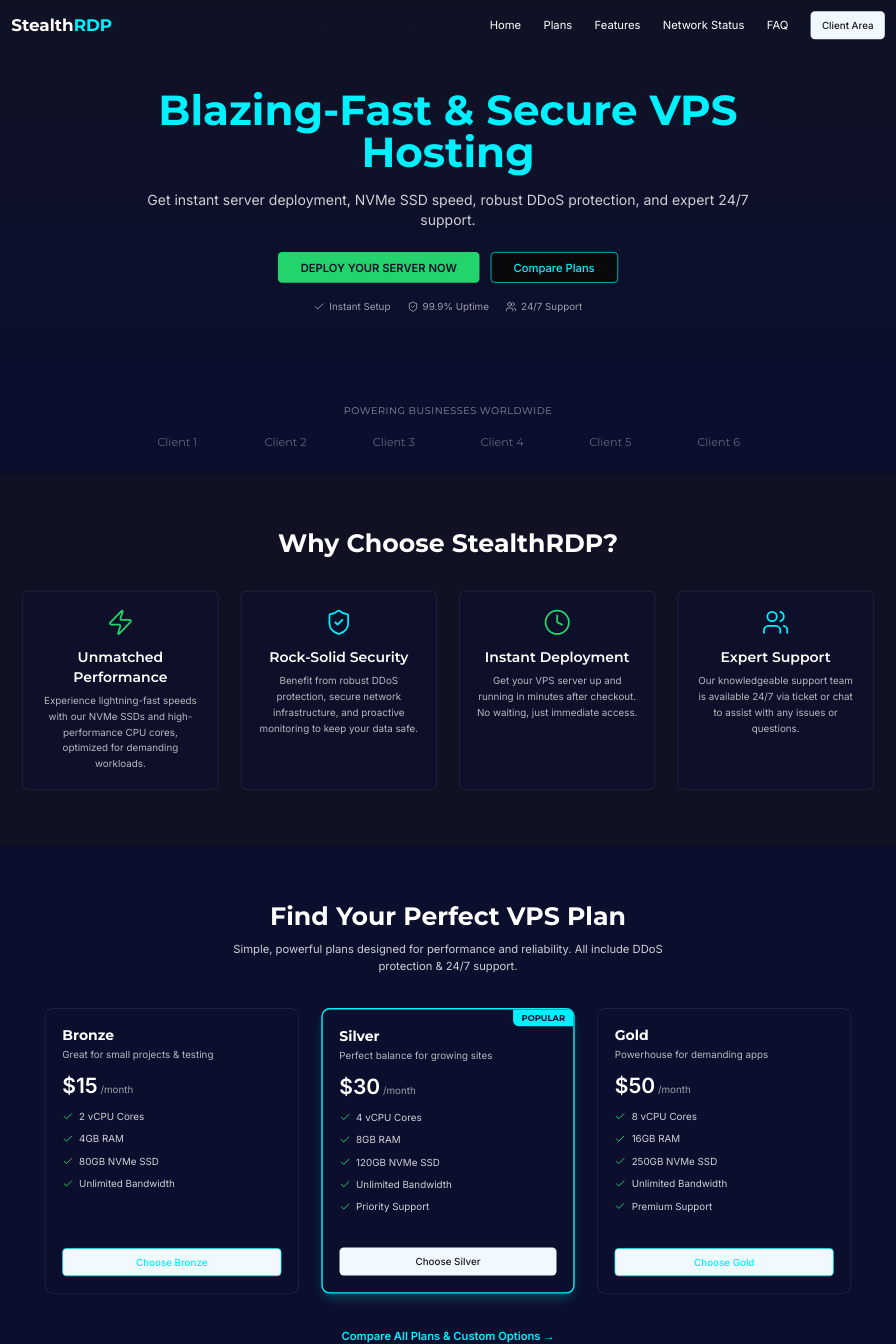
Repository: Husnainn01/stealthrdp2
Page: /
The author's editor kept a copy of each file at every save. The page is drawn from the files as they stood at one save, then again after the next save.
The browser window is 1280 px wide. The pictures show the part of the page from y = 0 to 1920 px (the page is 4176 px tall), at 70% of full size.
The project was rebuilt for these pictures with package versions that can differ from the ones it lists, and the page was loaded fresh each time. Also part of the build but not shown: vite.config.ts, src/components/ui/tooltip.tsx, src/components/ui/accordion.tsx, src/pages/FAQ.tsx, src/components/ui/card.tsx, src/components/ui/tabs.tsx, src/pages/Plans.tsx, src/pages/Features.tsx and 1 more.

Above is the page before, as saved 2025-05-05 23:22:01.

### index.html
<!DOCTYPE html>
<html lang="en">
  <head>
    <meta charset="UTF-8" />
    <meta name="viewport" content="width=device-width, initial-scale=1.0" />
    <title>stealth-digital-revamp</title>
    <meta name="description" content="Lovable Generated Project" />
    <meta name="author" content="Lovable" />

    <meta property="og:title" content="stealth-digital-revamp" />
    <meta property="og:description" content="Lovable Generated Project" />
    <meta property="og:type" content="website" />
    <meta property="og:image" content="https://lovable.dev/opengraph-image-p98pqg.png" />

    <meta name="twitter:card" content="summary_large_image" />
    <meta name="twitter:site" content="@lovable_dev" />
    <meta name="twitter:image" content="https://lovable.dev/opengraph-image-p98pqg.png" />
  </head>

  <body>
    <div id="root"></div>
    <!-- IMPORTANT: DO NOT REMOVE THIS SCRIPT TAG OR THIS VERY COMMENT! -->
    <script src="https://cdn.gpteng.co/gptengineer.js" type="module"></script>
    <script type="module" src="/src/main.tsx"></script>

    <!--Start of Tawk.to Script-->
    <script type="text/javascript">
    var Tawk_API=Tawk_API||{}, Tawk_LoadStart=new Date();
    (function(){
    var s1=document.createElement("script"),s0=document.getElementsByTagName("script")[0];
    s1.async=true;
    s1.src='https://embed.tawk.to/67aadec4825083258e1318e0/1ijpnccj4';
    s1.charset='UTF-8';
    s1.setAttribute('crossorigin','*');
    s0.parentNode.insertBefore(s1,s0);
    })();
    </script>
    <!--End of Tawk.to Script-->
  </body>
</html>

### src/components/ScrollToTop.tsx
import { useEffect } from 'react';
import { useLocation } from 'react-router-dom';

// This component scrolls to the top of the page when the route changes
const ScrollToTop = () => {
  const { pathname } = useLocation();

  useEffect(() => {
    // Scroll to top with smooth behavior
    window.scrollTo({
      top: 0,
      left: 0,
      behavior: 'smooth'
    });
  }, [pathname]);

  return null; // This component doesn't render anything
};

export default ScrollToTop;

### src/pages/Index.tsx
import React from 'react';
import { Link } from 'react-router-dom';
import Layout from '@/components/Layout';
import { Button } from '@/components/ui/button';
import { Check, Zap, ShieldCheck, Clock, Users } from 'lucide-react';

const Index = () => {
  return (
    <Layout>
      {/* 1. Hero Section */}
      <section className="pt-24 pb-16 md:pt-32 md:pb-24 relative overflow-hidden bg-gradient-to-b from-charcoal to-midnight">
        <div className="absolute inset-0 z-0 opacity-30 bg-[radial-gradient(#22D46B1A_1px,transparent_1px)] [background-size:24px_24px]"></div>
        <div className="container relative z-10">
          <div className="max-w-4xl mx-auto text-center">
            <h1 className="text-4xl md:text-5xl lg:text-6xl font-bold font-montserrat mb-6 text-electric fade-in">
              Blazing-Fast & Secure VPS Hosting
            </h1>
            <p className="text-white/80 text-lg md:text-xl mb-8 fade-in" style={{ animationDelay: '0.2s' }}>
              Get instant server deployment, NVMe SSD speed, robust DDoS protection, and expert 24/7 support.
            </p>
            <div className="flex flex-col sm:flex-row justify-center gap-4 mb-6 fade-in" style={{ animationDelay: '0.4s' }}>
              <Button asChild size="lg" className="bg-cyber text-midnight hover:bg-cyber/90 font-bold uppercase text-base px-8 py-3">
                <Link to="/plans">Deploy Your Server Now</Link>
              </Button>
              <Button asChild variant="outline" size="lg" className="border-electric text-electric hover:bg-electric/10 text-base px-8 py-3">
                <Link to="/plans">Compare Plans</Link>
              </Button>
            </div>
            {/* Trust Signals */}
            <div className="flex justify-center items-center gap-4 md:gap-6 text-white/60 text-sm fade-in" style={{ animationDelay: '0.6s' }}>
              <span className="flex items-center gap-1.5"><Check size={16} /> Instant Setup</span>
              <span className="flex items-center gap-1.5"><ShieldCheck size={16} /> 99.9% Uptime</span>
              <span className="flex items-center gap-1.5"><Users size={16} /> 24/7 Support</span>
            </div>
          </div>
        </div>
      </section>

      {/* 2. Trust/Client Logo Bar */}
      <section className="py-8 bg-midnight">
        <div className="container">
          <p className="text-center text-white/50 text-sm font-montserrat uppercase tracking-wider mb-6">Powering Businesses Worldwide</p>
          <div className="grid grid-cols-3 md:grid-cols-6 gap-8 items-center max-w-4xl mx-auto">
            {[1, 2, 3, 4, 5, 6].map((i) => (
              <div key={i} className="flex justify-center">
                <span className="font-montserrat text-white/50 text-sm md:text-base opacity-70 hover:opacity-100 transition-opacity">
                  Client {i}
                </span>
              </div>
            ))}
          </div>
        </div>
      </section>

      {/* 3. Key Differentiators/Why Us? */}
      <section className="bg-charcoal py-16 md:py-20">
        <div className="container">
          <h2 className="text-3xl md:text-4xl font-bold font-montserrat text-center mb-12 text-white">
            Why Choose StealthRDP?
          </h2>
          <div className="grid grid-cols-1 md:grid-cols-2 lg:grid-cols-4 gap-8">
            {/* Feature 1: Performance */}
            <div className="text-center p-6 rounded-lg bg-midnight/50 border border-white/10 card-hover">
              <Zap className="h-10 w-10 text-cyber mx-auto mb-4" strokeWidth={1.5} />
              <h3 className="text-xl font-semibold font-montserrat text-white mb-2">Unmatched Performance</h3>
              <p className="text-white/70 text-sm leading-relaxed">
                Experience lightning-fast speeds with our NVMe SSDs and high-performance CPU cores, optimized for demanding workloads.
              </p>
            </div>
            {/* Feature 2: Security */}
            <div className="text-center p-6 rounded-lg bg-midnight/50 border border-white/10 card-hover">
              <ShieldCheck className="h-10 w-10 text-electric mx-auto mb-4" strokeWidth={1.5} />
              <h3 className="text-xl font-semibold font-montserrat text-white mb-2">Rock-Solid Security</h3>
              <p className="text-white/70 text-sm leading-relaxed">
                Benefit from robust DDoS protection, secure network infrastructure, and proactive monitoring to keep your data safe.
              </p>
            </div>
            {/* Feature 3: Deployment */}
            <div className="text-center p-6 rounded-lg bg-midnight/50 border border-white/10 card-hover">
              <Clock className="h-10 w-10 text-cyber mx-auto mb-4" strokeWidth={1.5} />
              <h3 className="text-xl font-semibold font-montserrat text-white mb-2">Instant Deployment</h3>
              <p className="text-white/70 text-sm leading-relaxed">
                Get your VPS server up and running in minutes after checkout. No waiting, just immediate access.
              </p>
            </div>
            {/* Feature 4: Support */}
            <div className="text-center p-6 rounded-lg bg-midnight/50 border border-white/10 card-hover">
              <Users className="h-10 w-10 text-electric mx-auto mb-4" strokeWidth={1.5} />
              <h3 className="text-xl font-semibold font-montserrat text-white mb-2">Expert Support</h3>
              <p className="text-white/70 text-sm leading-relaxed">
                Our knowledgeable support team is available 24/7 via ticket or chat to assist with any issues or questions.
              </p>
            </div>
          </div>
        </div>
      </section>

      {/* 4. Simplified Plans Preview */}
      <section className="py-16 md:py-20 bg-midnight">
        <div className="container">
          <div className="text-center mb-12">
            <h2 className="text-3xl md:text-4xl font-bold font-montserrat mb-4 text-white">
              Find Your Perfect VPS Plan
            </h2>
            <p className="text-white/80 max-w-2xl mx-auto">
              Simple, powerful plans designed for performance and reliability. All include DDoS protection & 24/7 support.
            </p>
          </div>

          <div className="grid grid-cols-1 md:grid-cols-3 gap-8 max-w-6xl mx-auto">
            {/* Plan 1: Bronze */}
            <div className="bg-midnight border border-white/10 rounded-xl overflow-hidden card-hover flex flex-col">
              <div className="p-6 flex-grow">
                <h3 className="text-xl font-bold font-montserrat text-white mb-1">Bronze</h3>
                <p className="text-white/70 text-sm mb-4">Great for small projects & testing</p>
                <div className="flex items-baseline mb-4">
                  <span className="text-3xl font-bold text-white">$15</span>
                  <span className="text-white/60 ml-1 text-sm">/month</span>
                </div>
                <ul className="space-y-3 mb-6 text-sm">
                  <li className="flex items-center gap-2"><Check className="h-4 w-4 text-cyber flex-shrink-0" /><span className="text-white/80">2 vCPU Cores</span></li>
                  <li className="flex items-center gap-2"><Check className="h-4 w-4 text-cyber flex-shrink-0" /><span className="text-white/80">4GB RAM</span></li>
                  <li className="flex items-center gap-2"><Check className="h-4 w-4 text-cyber flex-shrink-0" /><span className="text-white/80">80GB NVMe SSD</span></li>
                  <li className="flex items-center gap-2"><Check className="h-4 w-4 text-cyber flex-shrink-0" /><span className="text-white/80">Unlimited Bandwidth</span></li>
                </ul>
              </div>
              <div className="p-6 pt-0">
                 <Button asChild className="w-full border border-electric text-electric hover:bg-electric/10 transition-colors">
                   <Link to="/plans?plan=bronze">Choose Bronze</Link>
                 </Button>
              </div>
            </div>

            {/* Plan 2: Silver (Popular) */}
            <div className="bg-midnight border-2 border-electric rounded-xl overflow-hidden relative card-hover shadow-lg shadow-electric/20 flex flex-col">
              <div className="absolute top-0 right-0 bg-electric text-midnight px-3 py-1 text-xs font-bold font-montserrat rounded-bl-lg z-10">
                POPULAR
              </div>
              <div className="p-6 flex-grow">
                <h3 className="text-xl font-bold font-montserrat text-white mb-1">Silver</h3>
                <p className="text-white/70 text-sm mb-4">Perfect balance for growing sites</p>
                <div className="flex items-baseline mb-4">
                  <span className="text-3xl font-bold text-white">$30</span>
                  <span className="text-white/60 ml-1 text-sm">/month</span>
                </div>
                <ul className="space-y-3 mb-6 text-sm">
                  <li className="flex items-center gap-2"><Check className="h-4 w-4 text-cyber flex-shrink-0" /><span className="text-white/80">4 vCPU Cores</span></li>
                  <li className="flex items-center gap-2"><Check className="h-4 w-4 text-cyber flex-shrink-0" /><span className="text-white/80">8GB RAM</span></li>
                  <li className="flex items-center gap-2"><Check className="h-4 w-4 text-cyber flex-shrink-0" /><span className="text-white/80">120GB NVMe SSD</span></li>
                  <li className="flex items-center gap-2"><Check className="h-4 w-4 text-cyber flex-shrink-0" /><span className="text-white/80">Unlimited Bandwidth</span></li>
                  <li className="flex items-center gap-2"><Check className="h-4 w-4 text-cyber flex-shrink-0" /><span className="text-white/80">Priority Support</span></li>
                </ul>
              </div>
              <div className="p-6 pt-0">
                 <Button asChild className="w-full btn-electric">
                   <Link to="/plans?plan=silver">Choose Silver</Link>
                 </Button>
              </div>
            </div>

            {/* Plan 3: Gold */}
            <div className="bg-midnight border border-white/10 rounded-xl overflow-hidden card-hover flex flex-col">
              <div className="p-6 flex-grow">
                <h3 className="text-xl font-bold font-montserrat text-white mb-1">Gold</h3>
                <p className="text-white/70 text-sm mb-4">Powerhouse for demanding apps</p>
                <div className="flex items-baseline mb-4">
                  <span className="text-3xl font-bold text-white">$50</span>
                  <span className="text-white/60 ml-1 text-sm">/month</span>
                </div>
                <ul className="space-y-3 mb-6 text-sm">
                  <li className="flex items-center gap-2"><Check className="h-4 w-4 text-cyber flex-shrink-0" /><span className="text-white/80">8 vCPU Cores</span></li>
                  <li className="flex items-center gap-2"><Check className="h-4 w-4 text-cyber flex-shrink-0" /><span className="text-white/80">16GB RAM</span></li>
                  <li className="flex items-center gap-2"><Check className="h-4 w-4 text-cyber flex-shrink-0" /><span className="text-white/80">250GB NVMe SSD</span></li>
                  <li className="flex items-center gap-2"><Check className="h-4 w-4 text-cyber flex-shrink-0" /><span className="text-white/80">Unlimited Bandwidth</span></li>
                  <li className="flex items-center gap-2"><Check className="h-4 w-4 text-cyber flex-shrink-0" /><span className="text-white/80">Premium Support</span></li>
                </ul>
              </div>
              <div className="p-6 pt-0">
                 <Button asChild className="w-full border border-electric text-electric hover:bg-electric/10 transition-colors">
                   <Link to="/plans?plan=gold">Choose Gold</Link>
                 </Button>
              </div>
            </div>
          </div>

          <div className="text-center mt-12">
            <Link to="/plans" className="text-electric hover:underline font-semibold">
              Compare All Plans & Custom Options →
            </Link>
          </div>
        </div>
      </section>

      {/* NEW: Detailed Features / Use Cases Section */}
      <section className="py-16 md:py-20 bg-charcoal">
        <div className="container">
          <h2 className="text-3xl md:text-4xl font-bold font-montserrat text-center mb-12 text-white">
            Engineered for Your Needs
          </h2>

          {/* Feature Row 1: Performance */}
          <div className="grid grid-cols-1 md:grid-cols-2 gap-12 items-center mb-16 md:mb-24">
            <div className="md:order-2 flex justify-center items-center p-8 bg-midnight rounded-lg aspect-video border border-white/10 shadow-lg">
              <Zap className="h-24 w-24 md:h-32 md:w-32 text-cyber opacity-80" strokeWidth={1} />
            </div>
            <div className="md:order-1">
              <h3 className="text-2xl font-semibold font-montserrat text-electric mb-3">NVMe Powered Speed</h3>
              <p className="text-white/80 leading-relaxed mb-4">
                Experience significantly faster load times and data access with our pure NVMe SSD storage, crucial for databases, applications, and busy websites.
              </p>
              <Link to="/features#performance" className="text-cyber font-medium hover:underline">Learn more about performance →</Link>
            </div>
          </div>

          {/* Feature Row 2: Security */}
          <div className="grid grid-cols-1 md:grid-cols-2 gap-12 items-center">
            <div className="flex justify-center items-center p-8 bg-midnight rounded-lg aspect-video border border-white/10 shadow-lg">
              <ShieldCheck className="h-24 w-24 md:h-32 md:w-32 text-electric opacity-80" strokeWidth={1} />
            </div>
            <div>
              <h3 className="text-2xl font-semibold font-montserrat text-electric mb-3">Advanced DDoS Mitigation</h3>
              <p className="text-white/80 leading-relaxed mb-4">
                Our multi-layered DDoS protection safeguards your server from attacks, ensuring high availability and uninterrupted service for your critical applications.
              </p>
              <Link to="/features#security" className="text-cyber font-medium hover:underline">Explore security features →</Link>
            </div>
          </div>

        </div>
      </section>

      {/* 5. Social Proof (Testimonial) */}
      <section className="py-16 md:py-20 bg-midnight">
         <div className="container">
           <div className="bg-charcoal rounded-lg p-8 md:p-12 max-w-4xl mx-auto text-center shadow-xl border border-white/10">
             <svg xmlns="http://www.w3.org/2000/svg" className="h-10 w-10 text-electric mx-auto mb-5" fill="none" viewBox="0 0 24 24" stroke="currentColor" strokeWidth={1.5}>
               <path strokeLinecap="round" strokeLinejoin="round" d="M7.5 8.25h9m-9 3H12m-9.75 1.51c0 1.6 1.123 2.994 2.707 3.227 1.129.166 2.27.293 3.423.379.35.026.67.21.865.501L12 21l2.755-2.13a1.14 1.14 0 01.865-.501 48.172 48.172 0 003.423-.379c1.584-.233 2.707-1.626 2.707-3.228V6.741c0-1.602-1.123-2.995-2.707-3.228A48.394 48.394 0 0012 3c-2.392 0-4.744.175-7.043.513C3.373 3.746 2.25 5.14 2.25 6.741v6.018z" />
             </svg>
             <p className="text-xl md:text-2xl text-white/90 italic leading-relaxed mb-6">
               "Switching to StealthRDP cut our application load times in half. The performance is outstanding, and their support team resolved a complex issue for us within minutes. Highly recommended!"
             </p>
             <p className="font-semibold text-white font-montserrat text-lg">
               - Alex Johnson, Infrastructure Lead at Innovate Solutions
             </p>
           </div>
         </div>
       </section>

      {/* 7. Final Call to Action */}
      <section className="py-16 md:py-20 bg-gradient-to-t from-charcoal to-midnight">
        <div className="container">
          <div className="max-w-3xl mx-auto text-center">
            <h2 className="text-3xl md:text-4xl font-bold font-montserrat mb-4 text-electric">
              Ready for Reliable, High-Performance VPS?
            </h2>
            <p className="text-white/80 text-lg mb-8 max-w-2xl mx-auto">
              Stop worrying about downtime and performance. Deploy your secure StealthRDP server today and experience the difference.
            </p>
            <div className="flex flex-col sm:flex-row justify-center gap-4">
              <Button asChild size="lg" className="bg-cyber text-midnight hover:bg-cyber/90 font-bold uppercase text-base px-8 py-3">
                <Link to="/plans">Deploy Your Server Now</Link>
              </Button>
              <Button asChild variant="outline" size="lg" className="border-electric text-electric hover:bg-electric/10 text-base px-8 py-3">
                 <a href="https://stealthrdp.com/dash/submitticket.php" target="_blank" rel="noopener noreferrer">Contact Support</a>
              </Button>
            </div>
          </div>
        </div>
      </section>
    </Layout>
  );
};

export default Index;

### src/components/Layout.tsx

import React from 'react';
import Navbar from './Navbar';
import Footer from './Footer';

interface LayoutProps {
  children: React.ReactNode;
}

const Layout: React.FC<LayoutProps> = ({ children }) => {
  return (
    <div className="flex flex-col min-h-screen">
      <Navbar />
      <main className="flex-grow">{children}</main>
      <Footer />
    </div>
  );
};

export default Layout;

### src/components/ui/button.tsx
import * as React from "react"
import { Slot } from "@radix-ui/react-slot"
import { cn } from "@/lib/utils"
import { buttonVariants, type ButtonProps } from "@/lib/ui-utils/button-variants"

const Button = React.forwardRef<HTMLButtonElement, ButtonProps>(
  ({ className, variant, size, asChild = false, ...props }, ref) => {
    const Comp = asChild ? Slot : "button"
    return (
      <Comp
        className={cn(buttonVariants({ variant, size, className }))}
        ref={ref}
        {...props}
      />
    )
  }
)
Button.displayName = "Button"

export { Button }

Loaded but not shown: src/main.tsx (common file); src/hooks/use-toast.ts (common file); src/lib/utils.ts (common file); src/components/Footer.tsx (83 lines, source omitted); src/components/ui/toast.tsx (127 lines, source omitted); src/components/Navbar.tsx (133 lines, source omitted); tailwind.config.ts (110 lines, source omitted); src/index.css (70 lines, source omitted); src/lib/ui-utils/button-variants.ts (36 lines, source omitted); src/App.tsx (35 lines, source omitted); src/components/ui/sonner.tsx (29 lines, source omitted); src/components/ui/toaster.tsx (33 lines, source omitted)

After the next save:
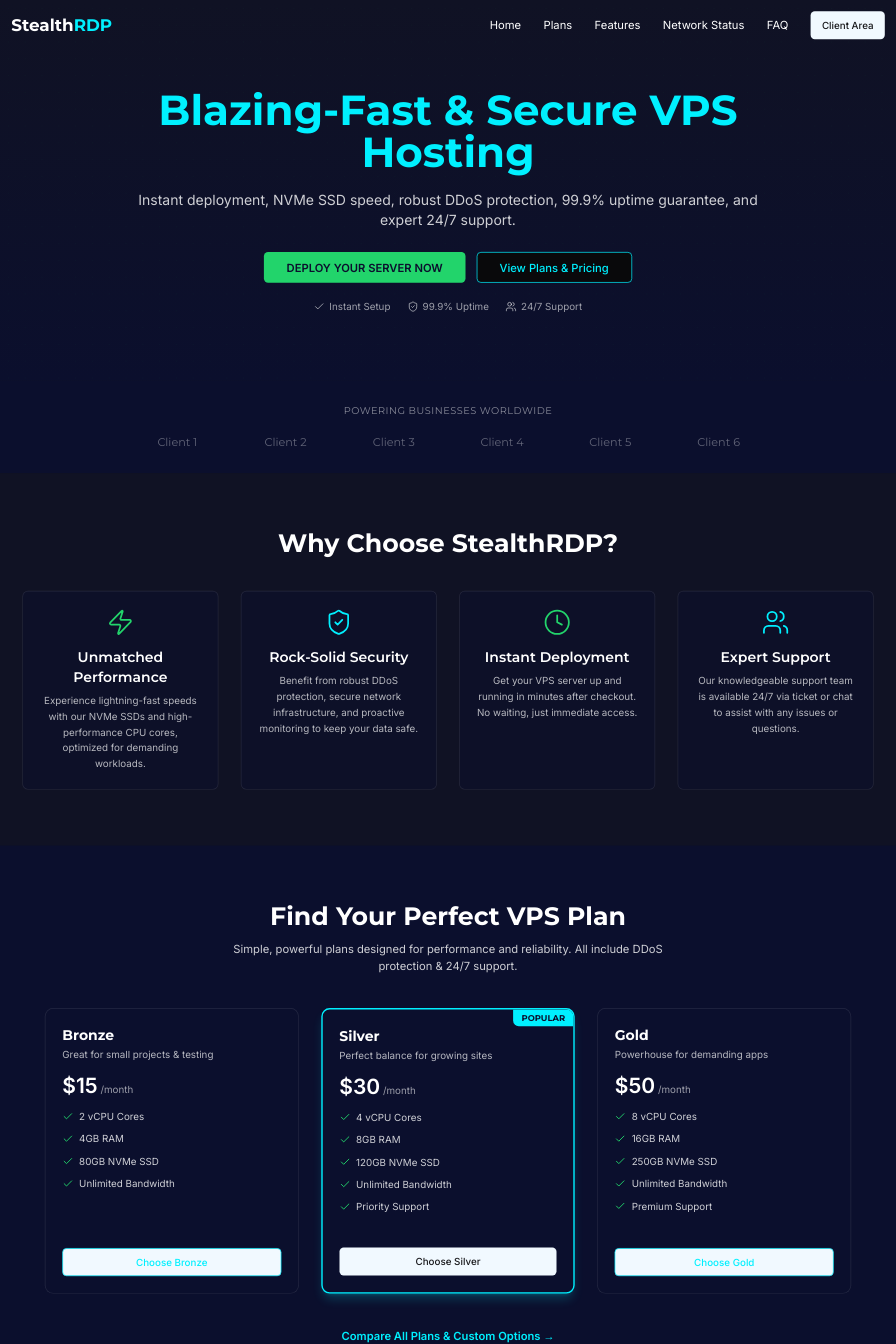
Saved 5 min 31 s later.
--- a/src/pages/Index.tsx
+++ b/src/pages/Index.tsx
@@ -16,21 +16,21 @@
               Blazing-Fast & Secure VPS Hosting
             </h1>
             <p className="text-white/80 text-lg md:text-xl mb-8 fade-in" style={{ animationDelay: '0.2s' }}>
-              Get instant server deployment, NVMe SSD speed, robust DDoS protection, and expert 24/7 support.
+              Instant deployment, NVMe SSD speed, robust DDoS protection, 99.9% uptime guarantee, and expert 24/7 support.
             </p>
             <div className="flex flex-col sm:flex-row justify-center gap-4 mb-6 fade-in" style={{ animationDelay: '0.4s' }}>
               <Button asChild size="lg" className="bg-cyber text-midnight hover:bg-cyber/90 font-bold uppercase text-base px-8 py-3">
                 <Link to="/plans">Deploy Your Server Now</Link>
               </Button>
               <Button asChild variant="outline" size="lg" className="border-electric text-electric hover:bg-electric/10 text-base px-8 py-3">
-                <Link to="/plans">Compare Plans</Link>
+                <Link to="/plans">View Plans & Pricing</Link>
               </Button>
             </div>
             {/* Trust Signals */}
-            <div className="flex justify-center items-center gap-4 md:gap-6 text-white/60 text-sm fade-in" style={{ animationDelay: '0.6s' }}>
-              <span className="flex items-center gap-1.5"><Check size={16} /> Instant Setup</span>
-              <span className="flex items-center gap-1.5"><ShieldCheck size={16} /> 99.9% Uptime</span>
-              <span className="flex items-center gap-1.5"><Users size={16} /> 24/7 Support</span>
+            <div className="flex flex-wrap justify-center items-center gap-x-4 gap-y-2 md:gap-x-6 text-white/60 text-sm fade-in" style={{ animationDelay: '0.6s' }}>
+              <span className="flex items-center gap-1.5 whitespace-nowrap"><Check size={16} /> Instant Setup</span>
+              <span className="flex items-center gap-1.5 whitespace-nowrap"><ShieldCheck size={16} /> 99.9% Uptime</span>
+              <span className="flex items-center gap-1.5 whitespace-nowrap"><Users size={16} /> 24/7 Support</span>
             </div>
           </div>
         </div>
